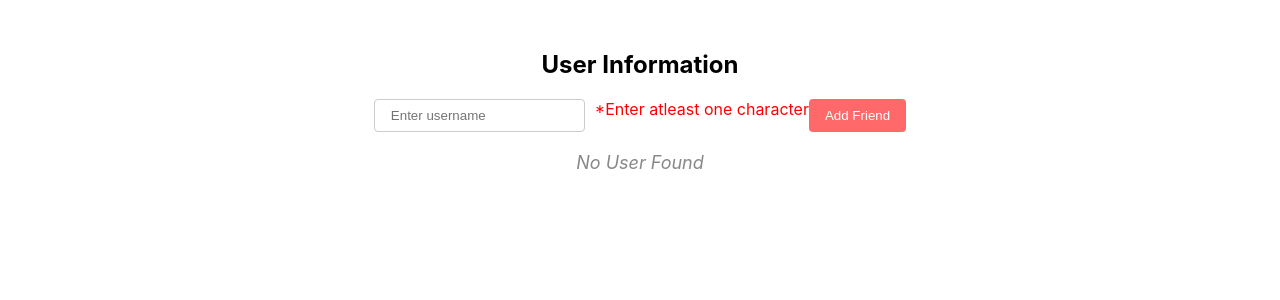
Repository: Sanketh149/leetcode-discord
Page: /
An editor plug-in stored every save of this project. The page is shown before and after the next save, followed by the edit.
The browser window is 1280 px wide. The pictures show the whole page.
The project was rebuilt for these pictures with package versions that can differ from the ones it lists, and the page was loaded fresh each time. Also part of the build but not shown: src/Modal.module.css, src/Modal.js, src/Cart.module.css, src/Cart.js.

Above is the page before, as saved 2023-06-21 16:29:48.

After the next save:
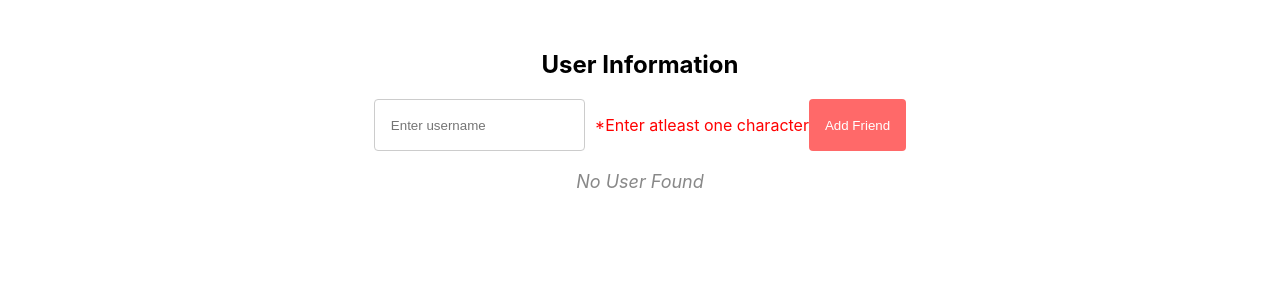
Saved 65 s later.
--- a/src/App.js
+++ b/src/App.js
@@ -86,7 +86,7 @@
           className="app__input"
         />
         {isSubmitDisabled === true && (
-          <div className="errorShow"> *Enter atleast one character</div>
+          <p className="errorShow"> *Enter atleast one character</p>
         )}
         <button
           type="submit"

After the 2 saves that followed:
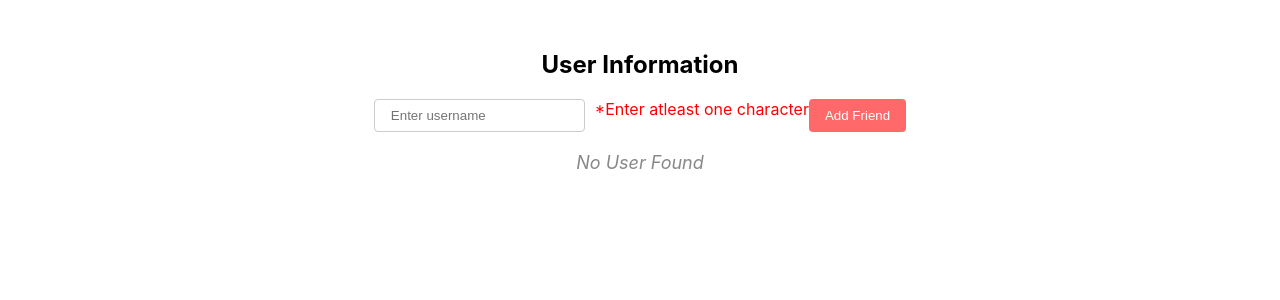
The 2 saves are shown as one change because 1 left the picture as it was.
The last was saved 45 s later.
--- a/src/App.js
+++ b/src/App.js
@@ -86,7 +86,7 @@
           className="app__input"
         />
         {isSubmitDisabled === true && (
-          <p className="errorShow"> *Enter atleast one character</p>
+          <div className="errorShow"> *Enter atleast one character</div>
         )}
         <button
           type="submit"
--- a/src/App.css
+++ b/src/App.css
@@ -66,5 +66,6 @@
 }
 
 .errorShow {
+  display: block;
   color: red;
 }
